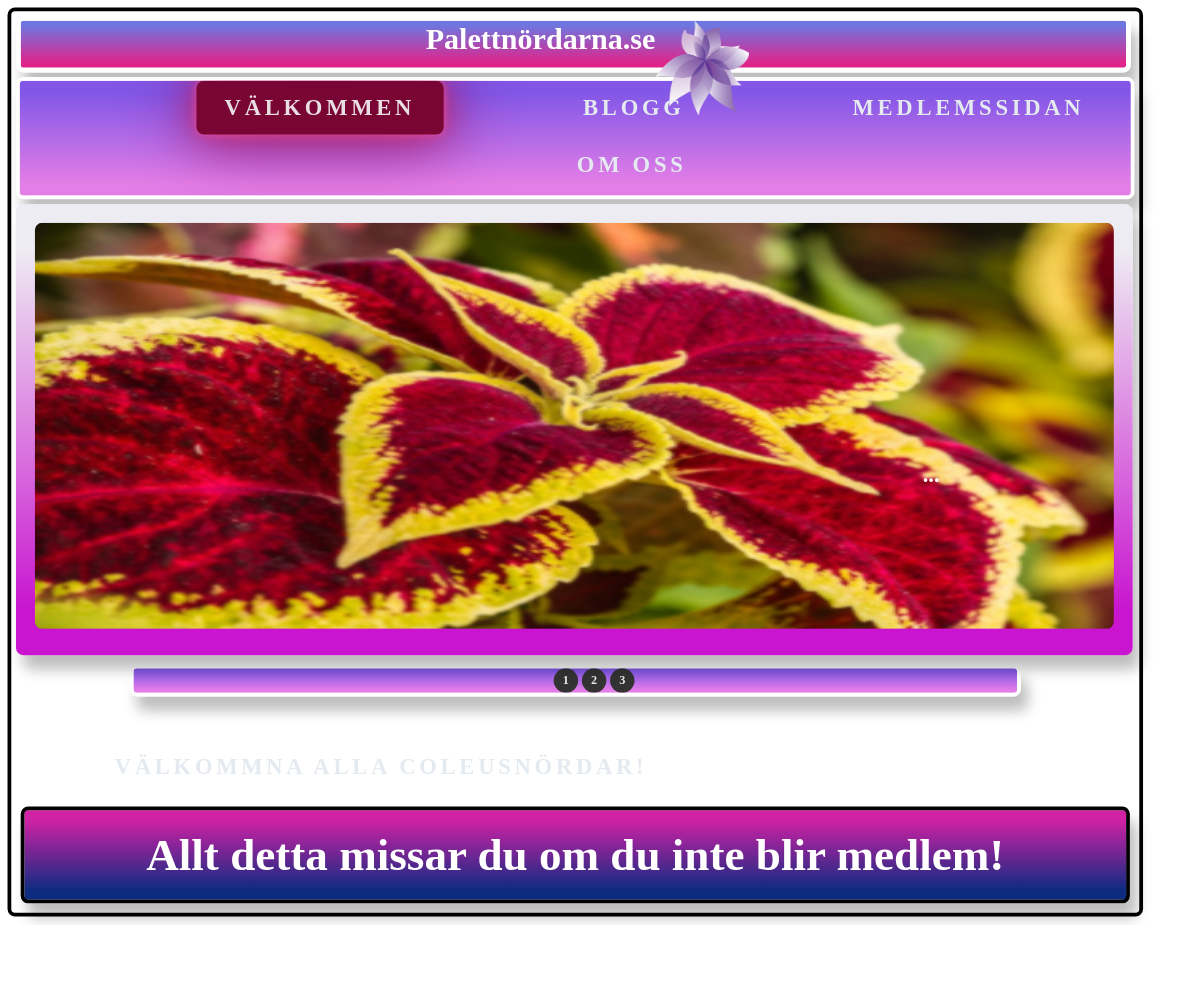
Repository: Webutveckling-20-21/lektion-3-CSS
Page: valkommen.html
These files come from the project's save history. The page is drawn as it stood at one moment and after the next save; the edit follows.
The browser window is 1280 px wide. The pictures show the whole page, at 94% of full size.
The pointer rests on the first visible `a`.
Some web fonts or font styles are not loaded; a fallback is used.

Above is the page before, as saved 2021-10-15 16:42:12.

After the next save:
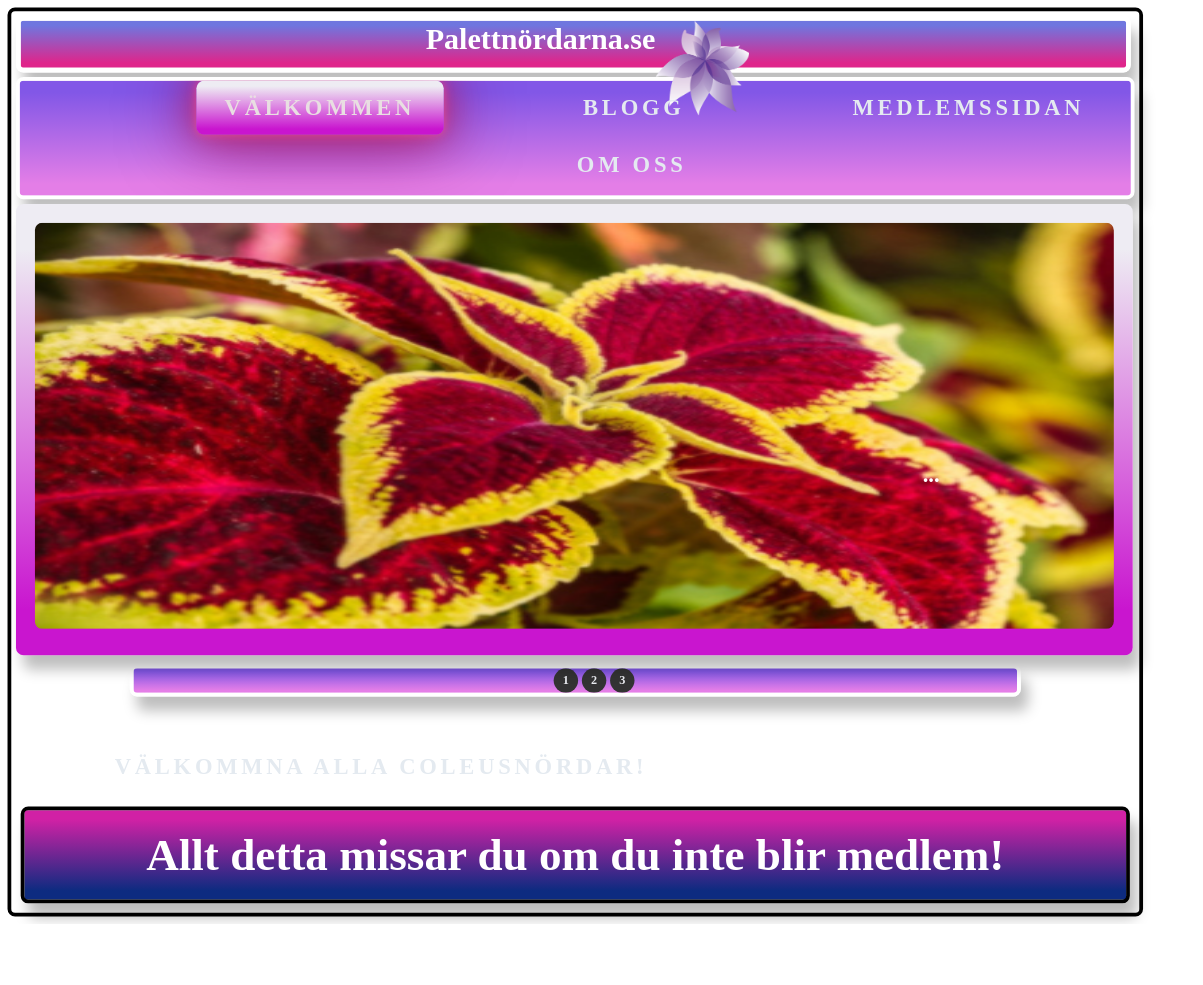
Saved 2 min 3 s later.
--- a/style5.css
+++ b/style5.css
@@ -229,7 +229,8 @@ img .slide-image{
 a:hover
 {
     color: #e9dee2;
-    background: #790535;
+    /* background: #790535; */
+    background: linear-gradient(to bottom, #eeecf3 10%, #c915cf 90%);
     transition-delay: 1s;
     box-shadow: 0 0 10px #e74d9a, 0 0 40px #c32964, 0 0 80px #7e035f;
 }
